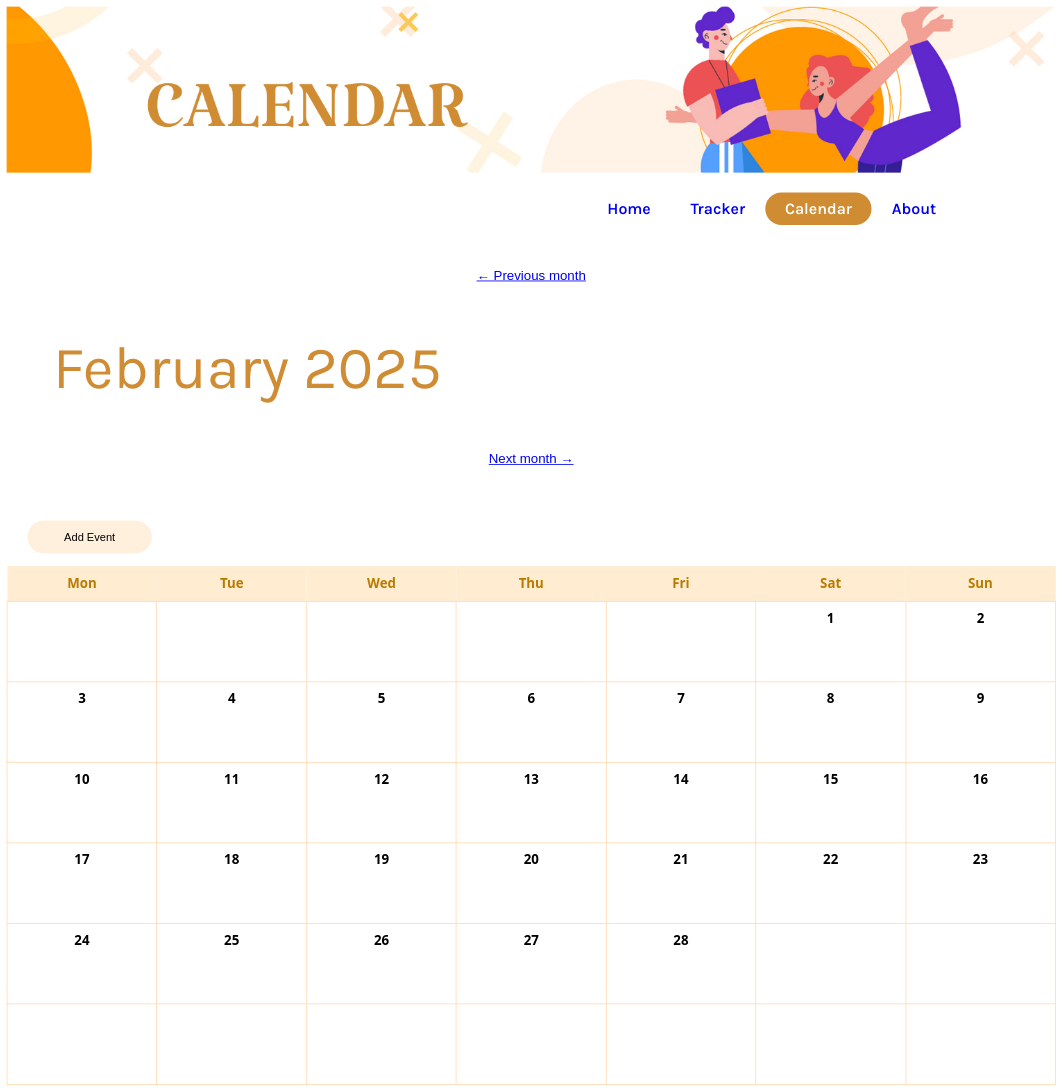
Repository: SandyLy453/habit-tracker
Page: http://localhost/calendar?month=1&year=2025
The author's editor kept a copy of each file at every save. The page is drawn from the files as they stood at one save, then again after the next save.
The browser window is 1280 px wide. The pictures show the whole page, at 83% of full size.
Some web fonts or font styles are not loaded; a fallback is used. The page is served by the project's Node server (server.js).

Above is the page before, as saved 2025-03-16 18:09:49.

After the next save:
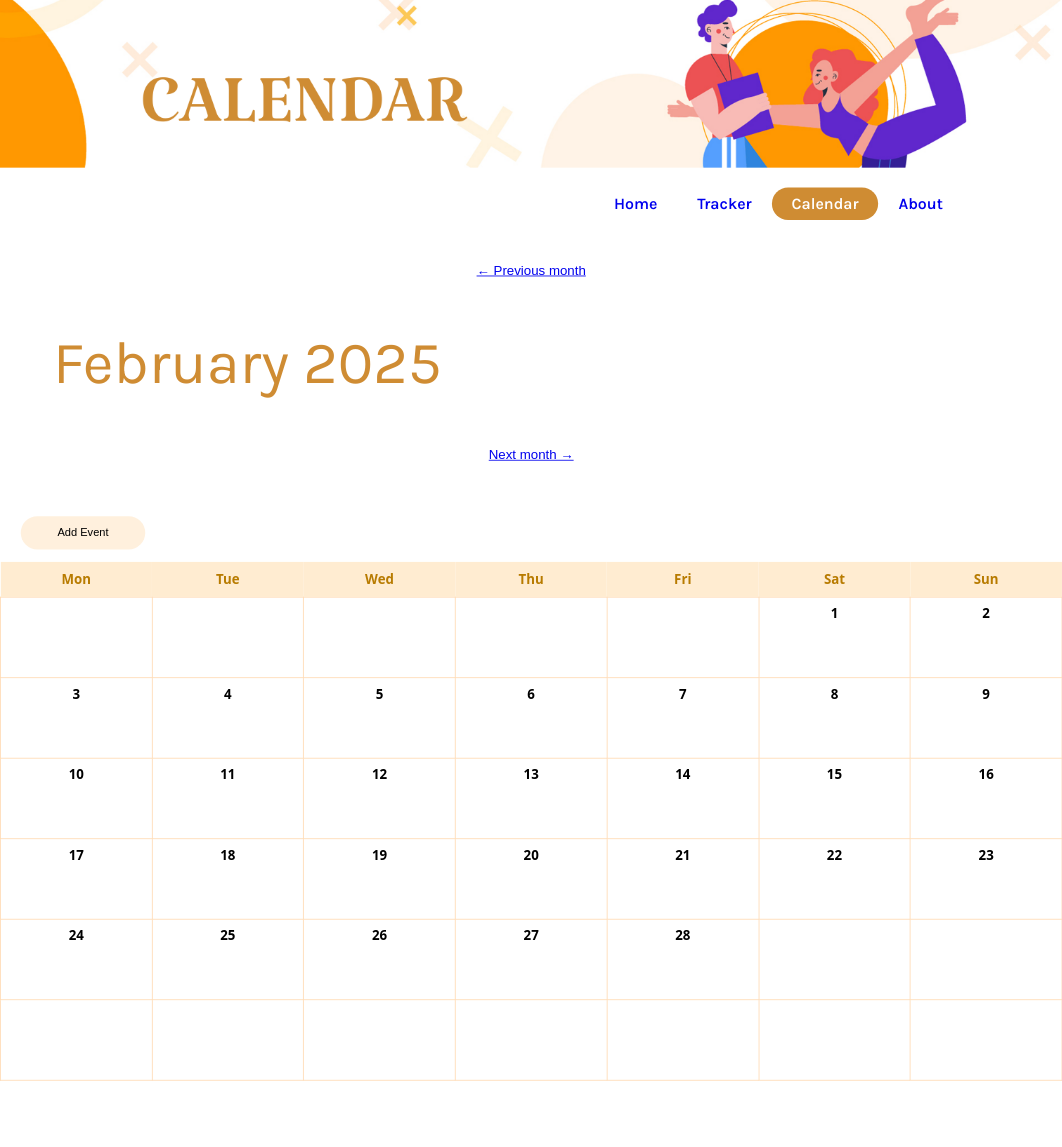
Saved 61 s later.
--- a/public/styles.css
+++ b/public/styles.css
@@ -26,6 +26,8 @@
 body {
     font-family: Arial, sans-serif;
     text-align: center;
+    margin: 0%;
+    padding-bottom: 5rem;
 }
 
 input, button {
